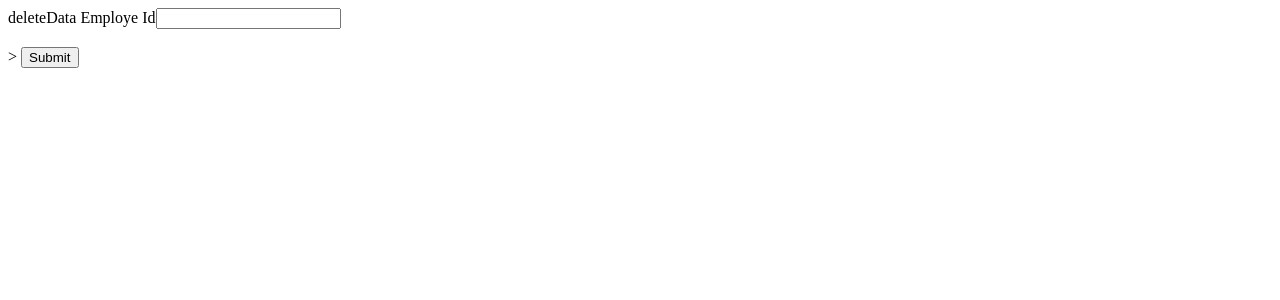
Repository: nitesh0402/spring-mvc-project
Page: http://localhost/SpringCrud/
The author's editor kept a copy of each file at every save. The page is drawn from the files as they stood at one save, then again after the next save.
The browser window is 1280 px wide. The pictures show the whole page.
The page is served by Tomcat 9. Other server files are loaded and not shown.

Above is the page before, as saved 2022-06-18 12:49:04.

### new-nitesh-workspace/SpringCrud/src/main/webapp/index.jsp
<%@ page language="java" contentType="text/html; charset=ISO-8859-1"
    pageEncoding="ISO-8859-1"%>
<!DOCTYPE html>
<html>
<head>
<meta charset="ISO-8859-1">
<title>Insert title here</title>
</head>
<body>
<!--  <a href="si">call SiForm</a><br><br>  -->

  <!--  <a href="fetchStudents">fetch student records</a><br><br>
 -->
<!-- <form action="stuDetail">
RollNumber<input type="number" name="rollNum" id="rollNum"><br><br>
Student Name<input type="text" name="name" id="name"><br><br>
<input type="submit">
</form>  -->


  <form action="DeleteempRecord">   deleteData
Employe Id<input type="number" name="empId" id="empId"><br><br>
<!-- Employe Name<input type="text" name="empName" id="empName"><br><br>
Employe Sallary<input type="number" name="empSall" id="empSall"><br><br -->>
<input type="submit">
</form>



<!--  <form action="Insert">
Employe Id<input type="number" name="empId" id="empId"><br><br>
Employe Name<input type="text" name="empName" id="empName"><br><br>

Employe Sallary<input type="number" name="empSall" id="empSall"><br><br>
<input type="submit">
</form>
  -->

</body>
</html>

After the next save:
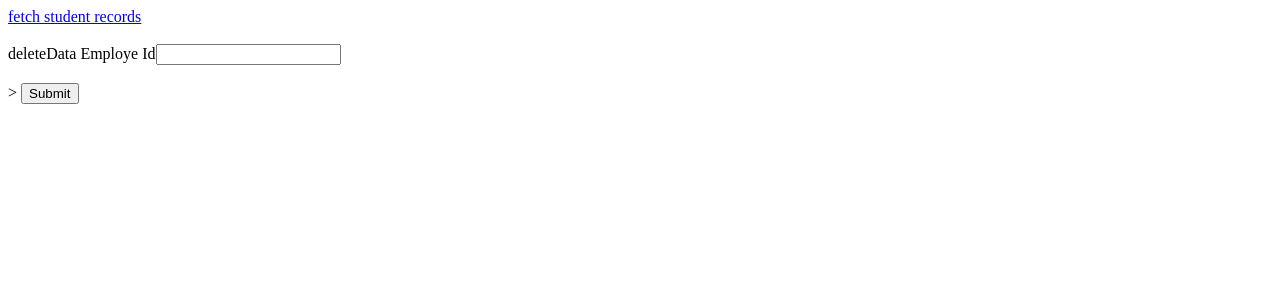
Saved 63 s later.
--- a/new-nitesh-workspace/SpringCrud/src/main/webapp/index.jsp
+++ b/new-nitesh-workspace/SpringCrud/src/main/webapp/index.jsp
@@ -9,8 +9,8 @@
 <body>
 <!--  <a href="si">call SiForm</a><br><br>  -->
 
-  <!--  <a href="fetchStudents">fetch student records</a><br><br>
- -->
+    <a href="Select">fetch student records</a><br><br>
+
 <!-- <form action="stuDetail">
 RollNumber<input type="number" name="rollNum" id="rollNum"><br><br>
 Student Name<input type="text" name="name" id="name"><br><br>
